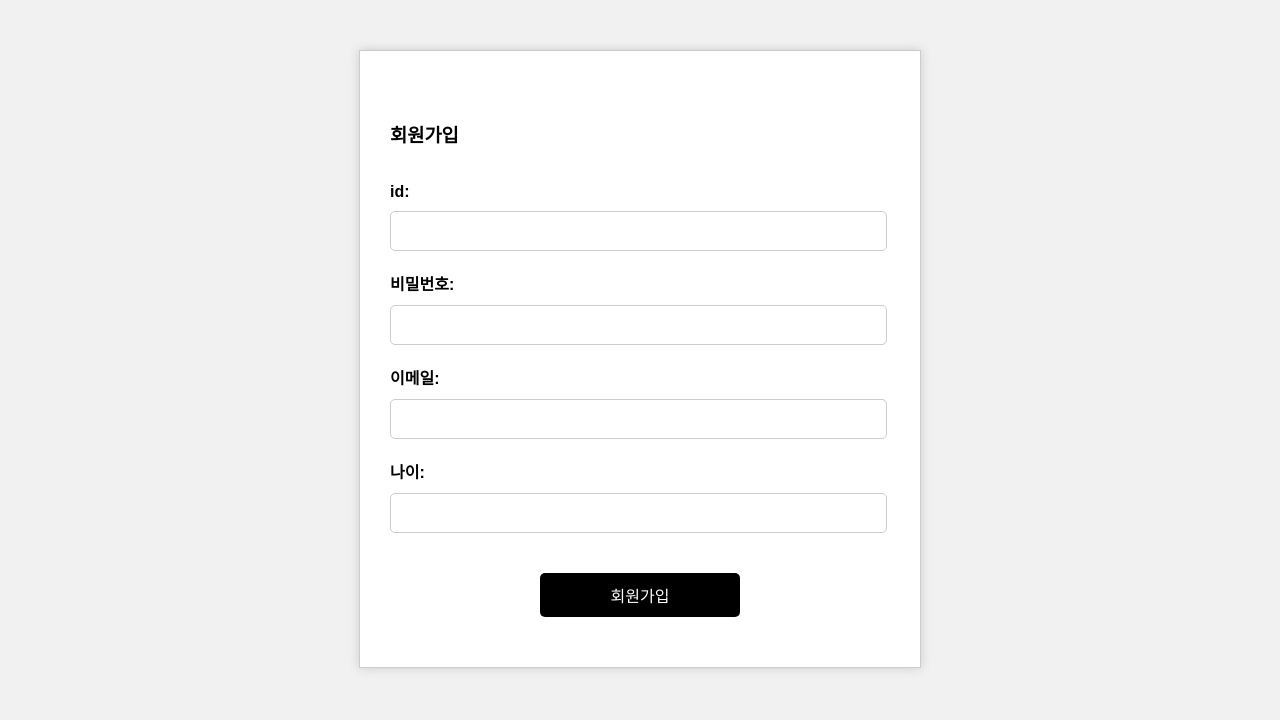
Repository: MrSeung/jsp_board
Page: http://localhost/jsp_project/mem/join
These files come from the project's save history. The page is drawn as it stood at one moment and after the next save; the edit follows.
The browser window is 1280 px wide. The pictures show the whole page.
Some web fonts or font styles are not loaded; a fallback is used. The page is served by Tomcat 9.

Above is the page before, as saved 2023-06-01 04:40:13.

After the next save:
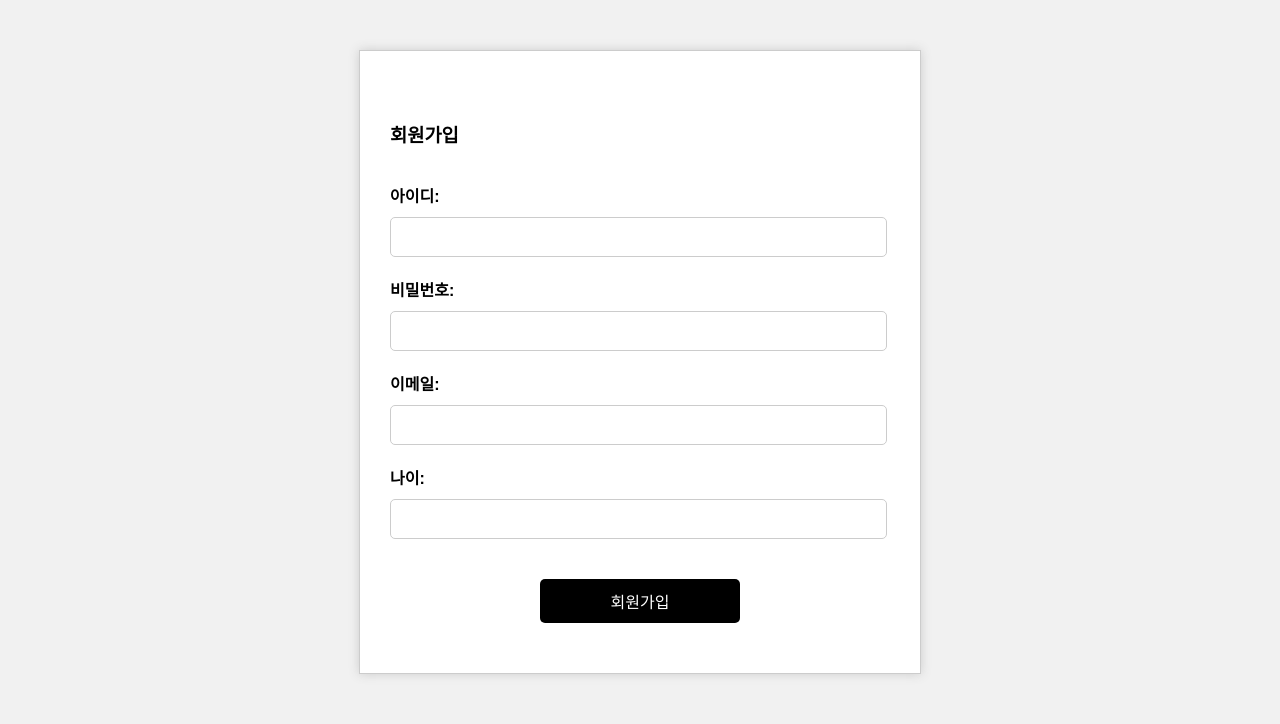
Saved 14 s later.
--- a/jsp_project/src/main/webapp/member/join.jsp
+++ b/jsp_project/src/main/webapp/member/join.jsp
@@ -74,7 +74,7 @@
 
 		 -->
 		<h3>회원가입</h3> <br>
-        <label for="email">id:</label>
+        <label for="email">아이디:</label>
         <input type="text" id="id" name="id" required>
         <label for="password">비밀번호:</label>
         <input type="text" id="password" name="password" required>
